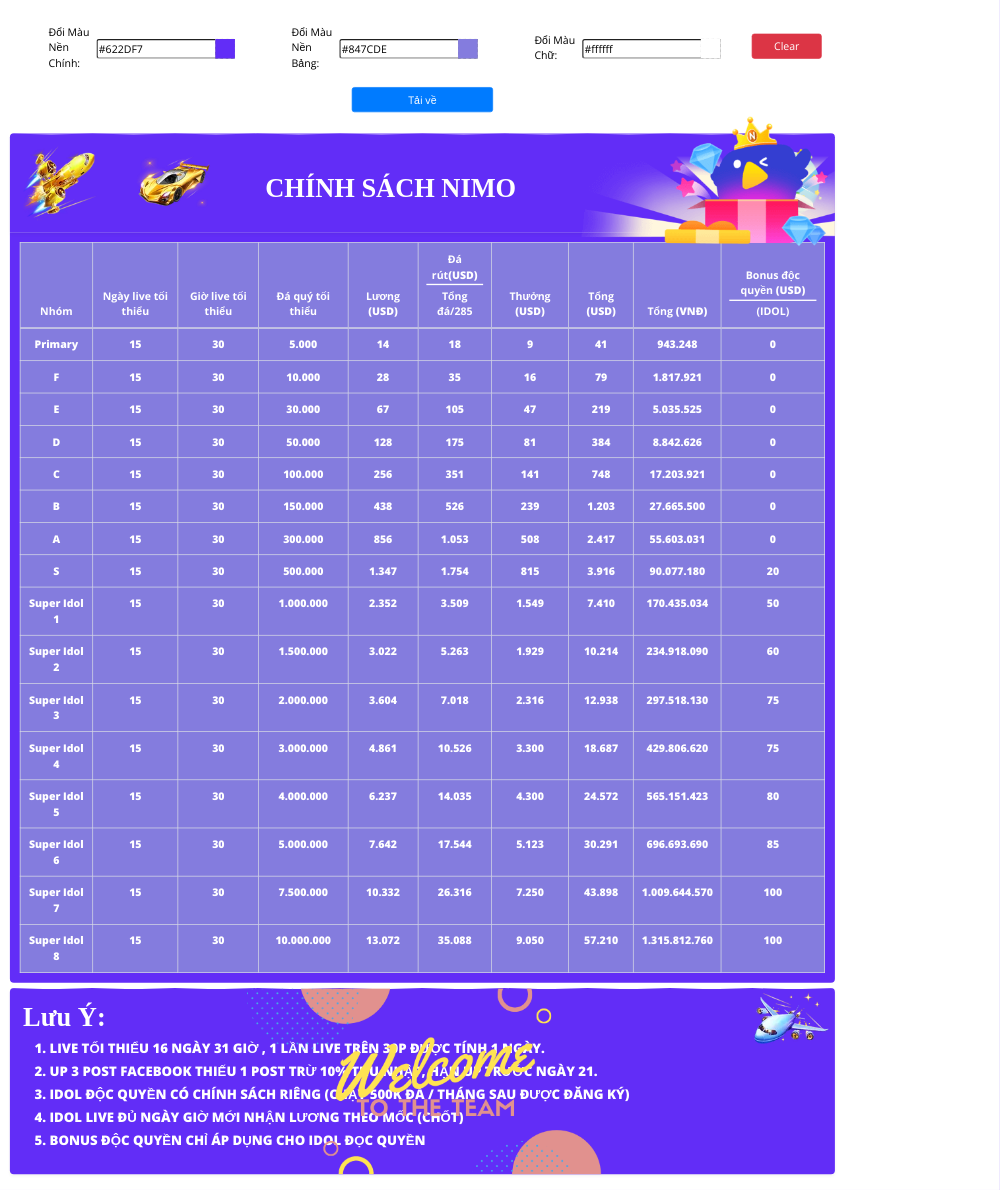
Repository: dav1601/nimo-work
Page: index.html
These files come from the project's save history. The page is drawn as it stood at one moment and after the next save; the edit follows.
The browser window is 1280 px wide. The page is 1515 px wide, so the pictures cover 1515 px, including what lies to the right of the window. The pictures show the whole page, at 66% of full size.

Above is the page before, as saved 2022-04-15 21:26:12.

### index.html
<!DOCTYPE html>
<html lang="en">

<head>
    <meta charset="UTF-8">
    <meta http-equiv="X-UA-Compatible" content="IE=edge">
    <meta name="viewport" content="width=device-width, initial-scale=1.0">
    <link rel="icon"
        href="https://res.cloudinary.com/vanh-tech/image/upload/v1649967750/201907151563178378869_1599513750510_avatar-2_hbsqzz.png"
        type="image/png">
    <link rel="stylesheet" href="https://cdn.jsdelivr.net/npm/bootstrap@4.6.1/dist/css/bootstrap.min.css"
        integrity="sha384-zCbKRCUGaJDkqS1kPbPd7TveP5iyJE0EjAuZQTgFLD2ylzuqKfdKlfG/eSrtxUkn" crossorigin="anonymous">
    <link rel="stylesheet" href="./Coloris-main/dist/coloris.min.css">
    <script src="https://cdn.jsdelivr.net/npm/jquery@3.5.1/dist/jquery.slim.min.js"
        integrity="sha384-DfXdz2htPH0lsSSs5nCTpuj/zy4C+OGpamoFVy38MVBnE+IbbVYUew+OrCXaRkfj"
        crossorigin="anonymous"></script>
    <script src="https://cdn.jsdelivr.net/npm/popper.js@1.16.1/dist/umd/popper.min.js"
        integrity="sha384-9/reFTGAW83EW2RDu2S0VKaIzap3H66lZH81PoYlFhbGU+6BZp6G7niu735Sk7lN"
        crossorigin="anonymous"></script>
    <script src="https://cdn.jsdelivr.net/npm/bootstrap@4.6.1/dist/js/bootstrap.min.js"
        integrity="sha384-VHvPCCyXqtD5DqJeNxl2dtTyhF78xXNXdkwX1CZeRusQfRKp+tA7hAShOK/B/fQ2"
        crossorigin="anonymous"></script>
    <script src="https://cdnjs.cloudflare.com/ajax/libs/jquery/3.6.0/jquery.min.js"
        integrity="sha512-894YE6QWD5I59HgZOGReFYm4dnWc1Qt5NtvYSaNcOP+u1T9qYdvdihz0PPSiiqn/+/3e7Jo4EaG7TubfWGUrMQ=="
        crossorigin="anonymous" referrerpolicy="no-referrer"></script>
    <script src="https://cdnjs.cloudflare.com/ajax/libs/html2canvas/1.4.1/html2canvas.min.js"
        integrity="sha512-BNaRQnYJYiPSqHHDb58B0yaPfCu+Wgds8Gp/gU33kqBtgNS4tSPHuGibyoeqMV/TJlSKda6FXzoEyYGjTe+vXA=="
        crossorigin="anonymous" referrerpolicy="no-referrer"></script>
    <script src="./Coloris-main/dist/coloris.min.js"></script>


    <title>Chính sách Nimo</title>
</head>

<body>
    <script>
        $(function () {
            $("#color-1").val("#622DF7");
            $("#color-2").val("#847CDE");
            $("#color-3").val("#ffffff");
            $(document).on('change', "#color-1", function () {
                document.documentElement.style.setProperty('--bg-main', $(this).val());
            });
            $(document).on('change', "#color-2", function () {
                document.documentElement.style.setProperty('--bg-table', $(this).val());
            });
            $(document).on('change', "#color-3", function () {
                document.documentElement.style.setProperty('--text-color', $(this).val());
            });
            $("#clear").click(function (e) {
                e.preventDefault();
                $("#color-1").val("#622DF7").change();
                $("#color-2").val("#847CDE").change();
                $("#color-3").val("#ffffff").change();


            });
            Coloris({
                el: '.coloris',
                format: 'hex',
                theme: 'large',
                themeMode: 'dark',
                clearButton: {
                    show: true,
                    label: 'Clear'
                },
            });
            const main = document.documentElement.style.setProperty('--bg-main', '#622DF7');
            const table = document.documentElement.style.setProperty('--bg-table', '#847CDE');
            const text = document.documentElement.style.setProperty('--text-color', '#ffffff');
            $("#down").click(function () {
                html2canvas(document.getElementById("export")).then(function (canvas) {
                    var anchorTag = document.createElement("a");
                    document.body.appendChild(anchorTag);
                    anchorTag.download = "nimo-thuy-do.png";
                    anchorTag.href = canvas.toDataURL();
                    anchorTag.target = '_blank';
                    anchorTag.click();
                });
            });
        });
    </script>
    <style>
        @import url('https://fonts.googleapis.com/css2?family=Open+Sans:ital,wght@0,300;0,400;0,500;0,600;0,700;0,800;1,300;1,400;1,500;1,600;1,700;1,800&display=swap');
        @import url('https://fonts.googleapis.com/css2?family=Montserrat:ital,wght@0,100;0,200;0,300;0,400;0,500;0,600;0,700;0,800;0,900;1,100;1,200;1,300;1,400;1,500;1,600;1,700;1,800&display=swap');
        @import url('https://fonts.googleapis.com/css2?family=Pacifico&display=swap');

        :root {
            --bg-main: #622DF7;
            --bg-table: #847CDE;
            --text-color: #ffffff;
        }

        body {
            color: var(--text-color);
            font-family: 'Open Sans', sans-serif;

        }



        h1 {
            font-family: 'Monument', cursive;
            font-weight: 900;
        }

        header {
            height: auto;
            /* overflow: hidden; */
            padding: 20px;
            background: var(--bg-main);
            height: 150px;
            box-shadow: 0 3px 5px rgba(0, 0, 0, 0.05);
            border-top-left-radius: 6px;
            border-top-right-radius: 6px;
            position: relative;
        }

        footer {
            height: auto;
            padding: 20px;
            background: var(--bg-main);
            box-shadow: 0 3px 5px rgba(0, 0, 0, 0.05);
            border-radius: 6px;
            position: relative;
        }

        .img-1 {
            top: 20px;
        }

        .img-2 {
            right: 385px;
            top: -40px;
        }

        .img-3 {
            left: 165px;
            top: 20px;
        }

        .img-4 {
            right: 600px;
            top: 20px;
        }

        .img-5 {
            left: 320px;
            top: 15px;
        }

        .img-6 {
            left: 480px;
            top: 14px;
        }

        .img-7 {
            right: 0;
            top: -25px;
        }

        .nimo-9 {
            right: 10px;
            top: -15px;
        }

        .nimo-10 {
            right: 60px;
            top: 1px;
        }

        .table {
            color: var(--text-color);
            background: var(--bg-table);
            font-family: 'Open Sans', sans-serif;
            text-align: center;
            font-size: 16px;
            font-weight: 900;
        }

        li {
            font-size: 20px;
            text-transform: uppercase;
            margin-bottom: 5px;
        }

        header:before,
        header:after,
        footer:before,
        footer:after {
            content: "";
            height: 2px;
            position: absolute;
            left: 0;
            right: 0;
            clip-path: polygon(0% 0%, 5% 100%, 10% 0%, 15% 100%, 20% 0%, 25% 100%, 30% 0%, 35% 100%, 40% 0%, 45% 100%, 50% 0%, 55% 100%, 60% 0%, 65% 100%, 70% 0%, 75% 100%, 80% 0%, 85% 100%, 90% 0%, 95% 100%, 100% 0%);
            ;
        }

        header:before,
        footer:before {
            background-color: var(--text-color);
            top: 0;
        }

        /* header:after,
        footer::after {
            background-color: #622DF7;
            bottom: -1px;
        } */
        label {
            color: black;
        }

        input {
            border-radius: 4px;
            outline: none;
            border-color: none;
        }

        #table {
            padding: 15px;
            background: var(--bg-main);
            border-bottom-left-radius: 6px;
            border-bottom-right-radius: 6px;
        }

        .main-header {
            margin-top: 2.5rem !important;
        }

        @media only screen and (max-width: 1366px) {

            .img-2,
            .img-6,
            .img-5 {
                display: none;
            }

            .img-4 {
                right: 14px;
            }

            .img-3 {
                left: 192px;
                top: 20px;
            }

            .nimo-10 {
                right: -250px;
                top: 1px;
            }

            .img-7 {
                right: 0px;
                top: -25px;
            }

        }

        @media only screen and (max-width: 1080px) {
            .img-4 {
                display: none;
            }

            .img-3 {
                left: 130px;
                top: 20px;
            }

            .nimo-10 {
                right: -454px;
                top: 1px;
            }

            .nimo-9 {
                display: none;
            }


        }

        @media only screen and (max-width: 1024px) {
            .img-3 {
                display: none;
            }

            .img-1 {
                left: 65px;
            }
        }
    </style>
    <div id="wrapper">
        <div class="row mx-0 justify-content-center align-items-center my-2">
            <div class="form-group col-3 mx-4 mt-4 d-flex align-items-center justify-content-center ">
                <label for="1" class="mx-2 d-block mt-1">Đổi Màu Nền Chính:</label>
                <input type="text" class="coloris" id="color-1" value="" />
            </div>
            <div class="form-group col-3 mx-4 mt-4 d-flex align-items-center justify-content-center ">
                <label for="2" class="mx-2 d-block mt-1">Đổi Màu Nền Bảng:</label>
                <input type="text" id="color-2" class="coloris" value="" />
            </div>
            <div class="form-group col-3 mx-4 mt-4 d-flex align-items-center justify-content-center ">
                <label for="3" class="mx-2 d-block mt-1">Đổi Màu Chữ:</label>
                <input type="text" id="color-3" class="coloris" value="" />
            </div>
            <button type="button" class="btn btn-danger mx-2 col-1" id="clear">Clear</button>
            <button type="button" class="btn btn-primary col-2" id="down">Tải về</button>
        </div>
        <div class="container-fluid py-4" id="export">
            <header>
                <div class="img-2 position-absolute">
                    <img src="img/img-5.gif" alt="">
                </div>
                <div class="img-1 position-absolute">
                    <img src="img/img-1.webp" alt="">
                </div>
                <div class="img-5 position-absolute">
                    <img src="img/img-3.webp" alt="">
                </div>
                <div class="img-6 position-absolute">
                    <img src="img/img-7.png" alt="">
                </div>
                <div class="img-3 position-absolute">
                    <img src="img/img-2.webp" alt="" width="112" height="112">
                </div>
                <div class="img-4 position-absolute">
                    <img src="img/img-4.png" alt="" width="112" height="112">
                </div>
                <div class="img-7 position-absolute">
                    <img src="img/img-6.png" alt="">
                </div>
                <div class="d-flex justify-content-center align-items-center">
                    <h1 class="text-center text-uppercase   d-inline-block main-header"
                        style="margin-right: 6rem!important;">
                        Chính sách Nimo</h1>
                </div>
            </header>
            <div id="table">
                <table class="table table-bordered mb-0">
                    <thead>
                        <tr>
                            <th scope="col">Nhóm</th>
                            <th scope="col">Ngày live tối thiểu</th>
                            <th scope="col">Giờ live tối thiểu</th>
                            <th scope="col">Đá quý tối thiểu</th>
                            <th scope="col">Lương <strong>(USD)</strong></th>
                            <th scope="col" class=""><span class="d-block mb-1"
                                    style="border-bottom: 2px solid var(--text-color); padding-bottom: 2px ;">Đá
                                    rút<strong>(USD)</strong></span><span>Tổng đá/285</span>
                            </th>
                            <th scope="col">Thưởng <strong>(USD)</strong></th>
                            <th scope="col">Tổng <strong>(USD)</strong></th>
                            <th scope="col">Tổng <strong>(VNĐ)</strong></th>
                            <th scope="col" class=""><span class="d-block mb-1"
                                    style="border-bottom: 2px solid var(--text-color); padding-bottom: 2px ;">Bonus độc
                                    quyền <strong>(USD)</strong></span><span>(IDOL)</span></th>
                        </tr>
                    </thead>
                    <tbody>
                        <tr>
                            <td>Primary</td>
                            <td>15</td>
                            <td>30</td>
                            <td>5.000</td>
                            <td>14</td>
                            <td>18</td>
                            <td>9</td>
                            <td>41</td>
                            <td>943.248</td>
                            <td>0</td>
                        </tr>
                        <tr>
                            <td>F</td>
                            <td>15</td>
                            <td>30</td>
                            <td>10.000</td>
                            <td>28</td>
                            <td>35</td>
                            <td>16</td>
                            <td>79</td>
                            <td>1.817.921</td>
                            <td>0</td>
                        </tr>
                        <tr>
                            <td>E</td>
                            <td>15</td>
                            <td>30</td>
                            <td>30.000</td>
                            <td>67</td>
                            <td>105</td>
                            <td>47</td>
                            <td>219</td>
                            <td>5.035.525</td>
                            <td>0</td>
                        </tr>
                        <tr>
                            <td>D</td>
                            <td>15</td>
                            <td>30</td>
                            <td>50.000</td>
                            <td>128</td>
                            <td>175</td>
                            <td>81</td>
                            <td>384</td>
                            <td>8.842.626</td>
                            <td>0</td>
                        </tr>
                        <tr>
                            <td>C</td>
                            <td>15</td>
                            <td>30</td>
                            <td>100.000</td>
                            <td>256</td>
                            <td>351</td>
                            <td>141</td>
                            <td>748</td>
                            <td>17.203.921</td>
                            <td>0</td>
                        </tr>
                        <tr>
                            <td>B</td>
                            <td>15</td>
                            <td>30</td>
                            <td>150.000</td>
                            <td>438</td>
                            <td>526</td>
                            <td>239</td>
                            <td>1.203</td>
                            <td>27.665.500</td>
                            <td>0</td>
                        </tr>
                        <tr>
                            <td>A</td>
                            <td>15</td>
                            <td>30</td>
                            <td>300.000</td>
                            <td>856</td>
                            <td>1.053</td>
                            <td>508</td>
                            <td>2.417</td>
                            <td>55.603.031</td>
                            <td>0</td>
                        </tr>
                        <tr>
                            <td>S</td>
                            <td>15</td>
                            <td>30</td>
                            <td>500.000</td>
                            <td>1.347</td>
                            <td>1.754</td>
                            <td>815</td>
                            <td>3.916</td>
                            <td>90.077.180</td>
                            <td>20</td>
                        </tr>
                        <tr>
                            <td class="sp">Super Idol 1</td>
                            <td>15</td>
                            <td>30</td>
                            <td>1.000.000</td>
                            <td>2.352</td>
                            <td>3.509</td>
                            <td>1.549</td>
                            <td>7.410</td>
                            <td>170.435.034</td>
                            <td>50</td>
                        </tr>
                        <tr>
                            <td class="sp">Super Idol 2</td>
                            <td>15</td>
                            <td>30</td>
                            <td>1.500.000</td>
                            <td>3.022</td>
                            <td>5.263</td>
                            <td>1.929</td>
                            <td>10.214</td>
                            <td>234.918.090</td>
                            <td>60</td>
                        </tr>
                        <tr>
                            <td class="sp">Super Idol 3</td>
                            <td>15</td>
                            <td>30</td>
                            <td>2.000.000</td>
                            <td>3.604</td>
                            <td>7.018</td>
                            <td>2.316</td>
                            <td>12.938</td>
                            <td>297.518.130</td>
                            <td>75</td>
                        </tr>
                        <tr>
                            <td class="sp">Super Idol 4</td>
                            <td>15</td>
                            <td>30</td>
                            <td>3.000.000</td>
                            <td>4.861</td>
                            <td>10.526</td>
                            <td>3.300</td>
                            <td>18.687</td>
                            <td>429.806.620</td>
                            <td>75</td>
                        </tr>
                        <tr>
                            <td class="sp">Super Idol 5</td>
                            <td>15</td>
                            <td>30</td>
                            <td>4.000.000</td>
                            <td>6.237</td>
                            <td>14.035</td>
                            <td>4.300</td>
                            <td>24.572</td>
                            <td>565.151.423</td>
                            <td>80</td>
                        </tr>
                        <tr>
                            <td class="sp">Super Idol 6</td>
                            <td>15</td>
                            <td>30</td>
                            <td>5.000.000</td>
                            <td>7.642</td>
                            <td>17.544</td>
                            <td>5.123</td>
                            <td>30.291</td>
                            <td>696.693.690</td>
                            <td>85</td>
                        </tr>
                        <tr>
                            <td class="sp">Super Idol 7</td>
                            <td>15</td>
                            <td>30</td>
                            <td>7.500.000</td>
                            <td>10.332</td>
                            <td>26.316</td>
                            <td>7.250</td>
                            <td>43.898</td>
                            <td>1.009.644.570</td>
                            <td>100</td>
                        </tr>
                        <tr>
                            <td class="sp">Super Idol 8</td>
                            <td>15</td>
                            <td>30</td>
                            <td>10.000.000</td>
                            <td>13.072</td>
                            <td>35.088</td>
                            <td>9.050</td>
                            <td>57.210</td>
                            <td>1.315.812.760</td>
                            <td>100</td>
                        </tr>


                    </tbody>
                </table>
            </div>
            <footer class="mt-2">
                <div class="nimo-9 position-absolute">
                    <img src="img/img-8.webp" alt="">
                </div>
                <div class="nimo-10 position-absolute">
                    <img src="img/img-9.png" alt="">
                </div>
                <h1>Lưu Ý:</h1>
                <ol>
                    <style>
                    ol li {
                        font-weight: 900;
                    }
                    </style>
                    <li>live tối thiểu 16 ngày 31 giờ , 1 lần live trên 30p được tính 1 ngày.</li>
                    <li>up 3 post facebook thiếu 1 post trừ 10% thu nhập, hạn up trước ngày 21.</li>
                    <li>idol độc quyền có chính sách riêng (chạy 500k đá / tháng sau được đăng ký)</li>
                    <li>idol live đủ ngày giờ mới nhận lương theo mốc (chốt)</li>
                    <li>Bonus độc quyền chỉ áp dụng cho idol đọc quyền</li>
                </ul>
            </footer>
        </div>
    </div>

</body>


</html>

Loaded but not shown: Coloris-main/dist/coloris.min.css (library); Coloris-main/dist/coloris.min.js (library)

After the next save:
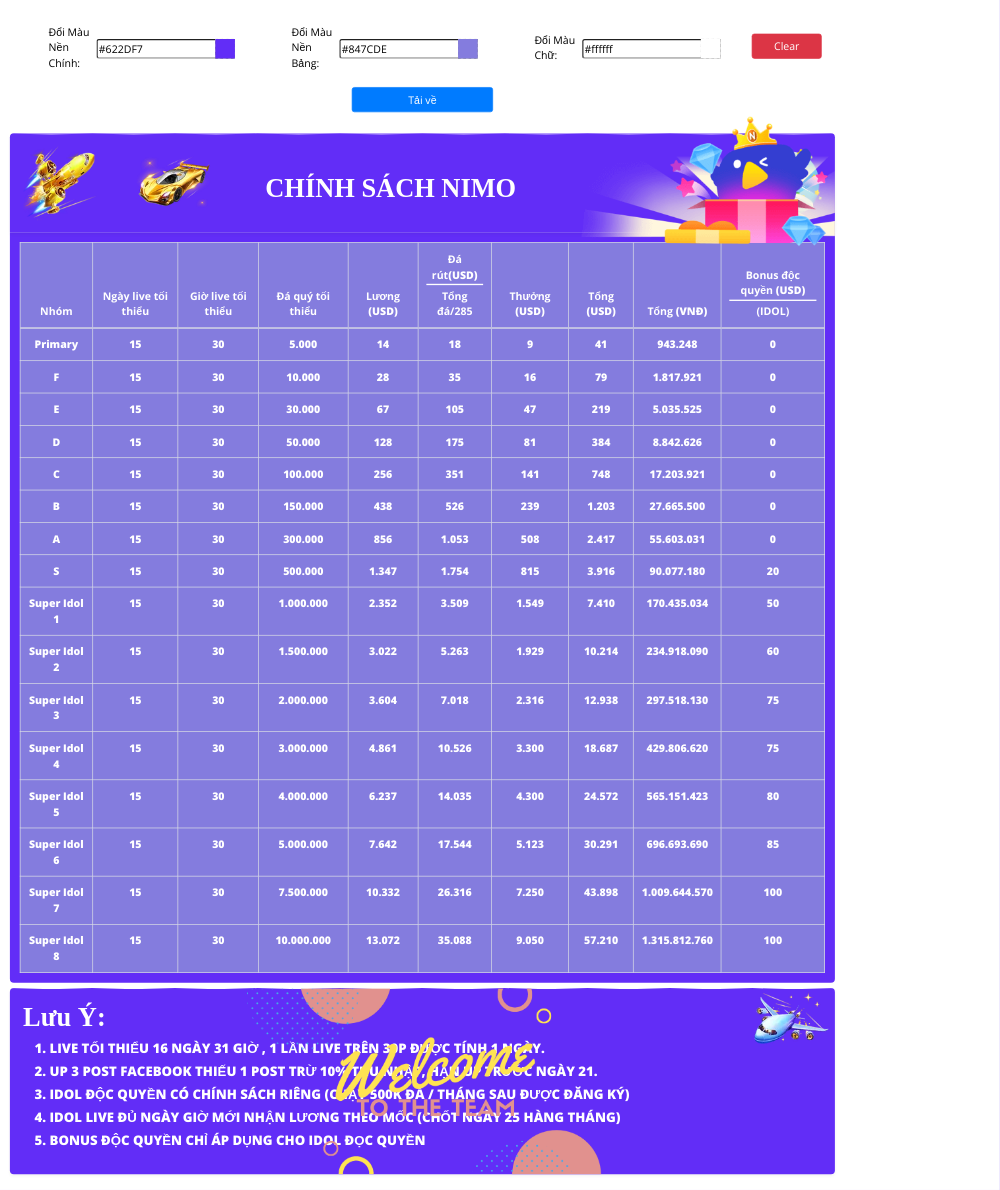
Saved 4 s later.
--- a/index.html
+++ b/index.html
@@ -572,7 +572,7 @@
                     <li>live tối thiểu 16 ngày 31 giờ , 1 lần live trên 30p được tính 1 ngày.</li>
                     <li>up 3 post facebook thiếu 1 post trừ 10% thu nhập, hạn up trước ngày 21.</li>
                     <li>idol độc quyền có chính sách riêng (chạy 500k đá / tháng sau được đăng ký)</li>
-                    <li>idol live đủ ngày giờ mới nhận lương theo mốc (chốt)</li>
+                    <li>idol live đủ ngày giờ mới nhận lương theo mốc (chốt ngày 25 hàng tháng)</li>
                     <li>Bonus độc quyền chỉ áp dụng cho idol đọc quyền</li>
                 </ul>
             </footer>
